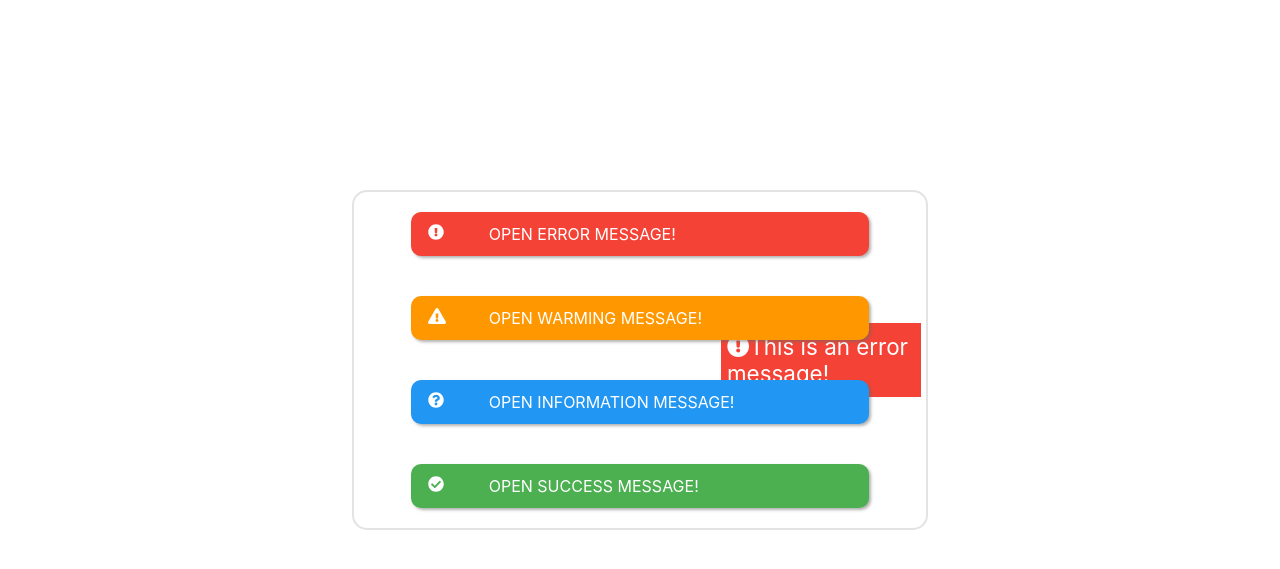
Repository: KrzysKolo/sr_tydzien5_zad2
Page: /, after clicking the first element matching `div.btn`
These files come from the project's save history. The page is drawn as it stood at one moment and after the next save; the edit follows.
The browser window is 1280 px wide. The pictures show the whole page.
The project was rebuilt for these pictures with package versions that can differ from the ones it lists, and the page was loaded fresh each time.

Above is the page before, as saved 2020-12-28 04:04:41.

After the next save:
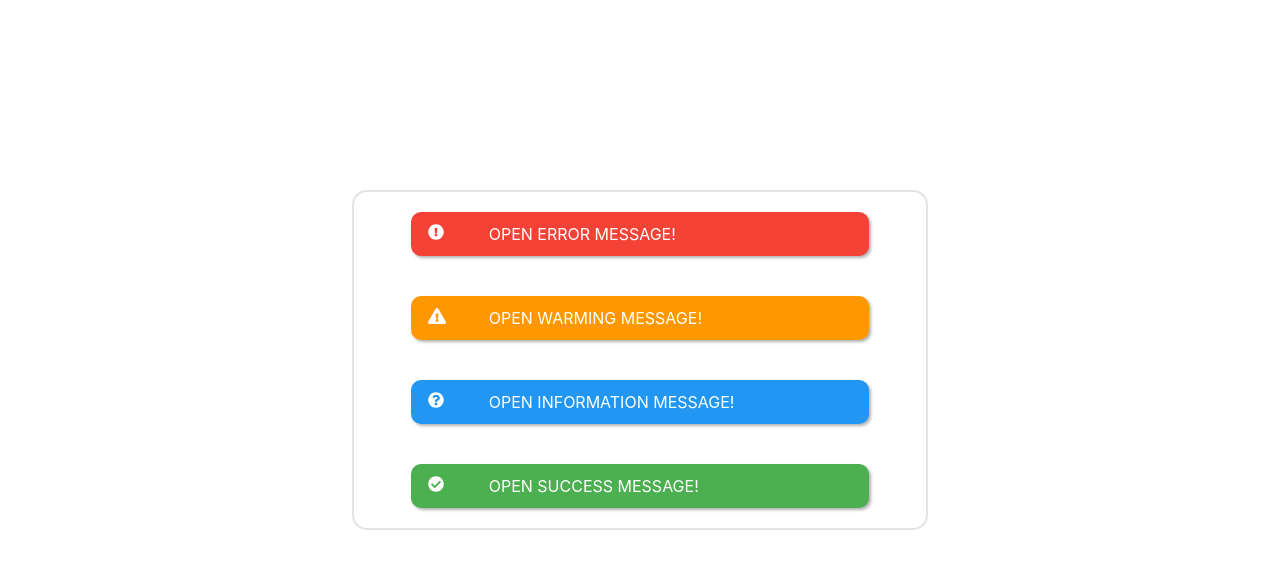
Saved 18 s later.
--- a/src/App.css
+++ b/src/App.css
@@ -59,6 +59,6 @@ body {
 }
 .top-right {
   position: absolute;
-  top: calc(100vh-100px);
+  top: -400px;
   right: 5px;
 }
